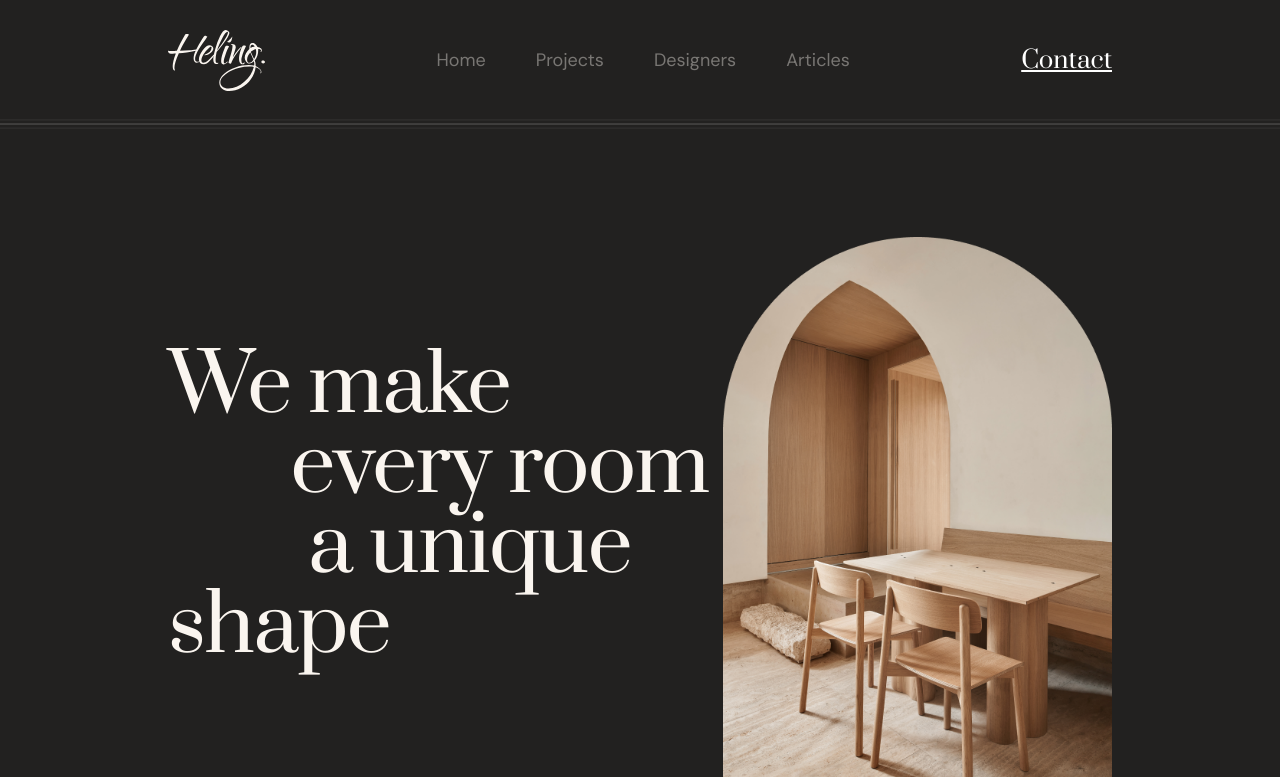
Repository: vandangnhathung/healingui_website
Page: /
An editor plug-in stored every save of this project. The page is shown before and after a run of saves, followed by the edit.
The browser window is 1280 px wide. The pictures show the whole page.
The project was rebuilt for these pictures with package versions that can differ from the ones it lists, and the page was loaded fresh each time.

Above is the page before, as saved 2022-03-16 13:20:58.

After the next 2 saves:
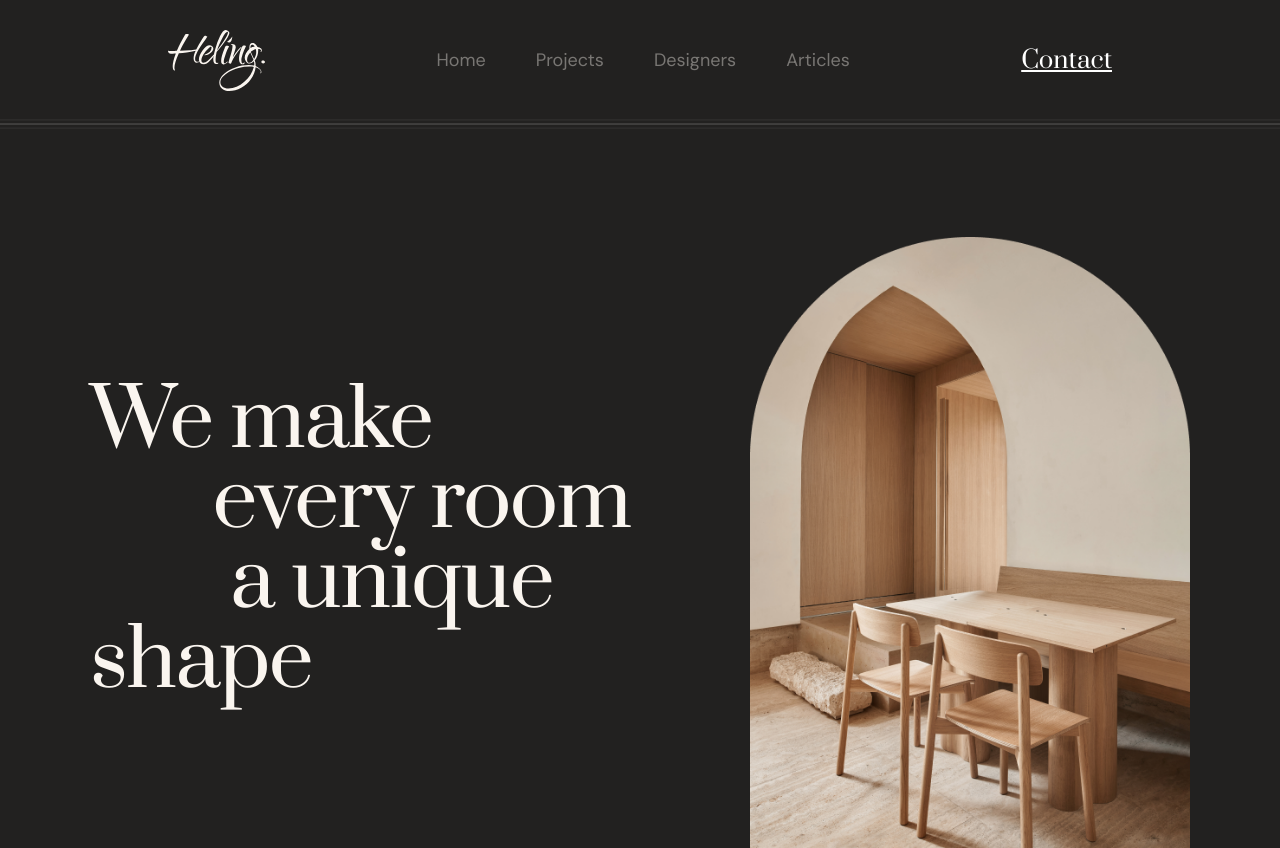
The 2 saves are shown as one change because they came seconds apart.
The last was saved 56 s later.
--- a/src/components/Container/Container.js
+++ b/src/components/Container/Container.js
@@ -9,10 +9,11 @@ const Container = () => {
     @import url("https://fonts.googleapis.com/css2?family=Prata&display=swap");
   `;
   const Container = styled.div`
-    padding: 108px 168px 0;
+    padding: 108px 90px 0;
     display: flex;
     align-items: center;
     justify-content: space-between;
+    gap: 32px;
   `;
   const Slogan = styled.h2`
     letter-spacing: -0.02em;
